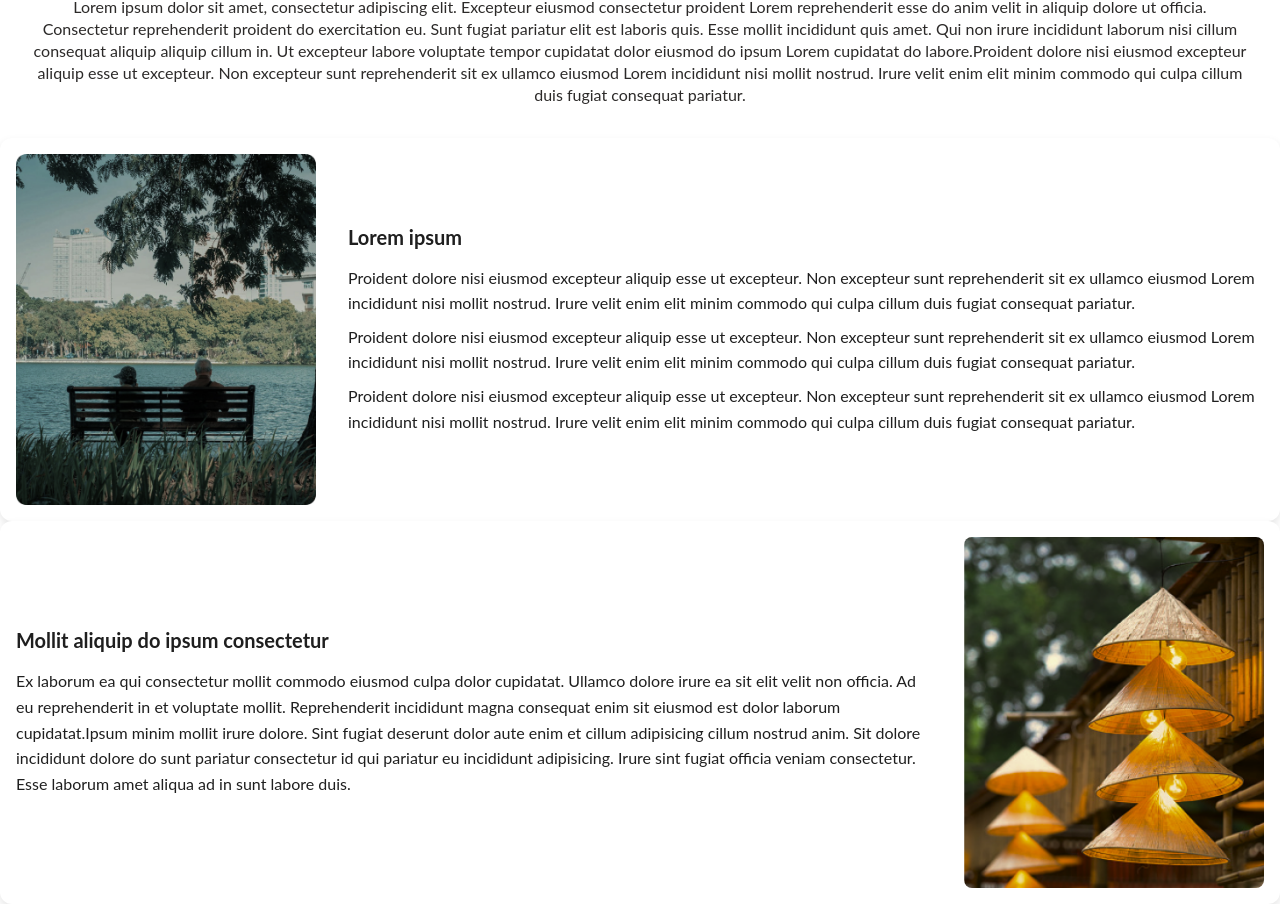
Repository: PhamNguyen2608/WGT-test
Page: index.html
An editor plug-in stored every save of this project. The page is shown before and after the next save, followed by the edit.
The browser window is 1280 px wide. The pictures show the part of the page from y = 782 to 1686 px (the page is 1686 px tall).
A picture or video elsewhere on the page could not be fetched, so the positions and the page height are approximate.

Above is the page before, as saved 2024-11-12 01:49:05.

After the next save:
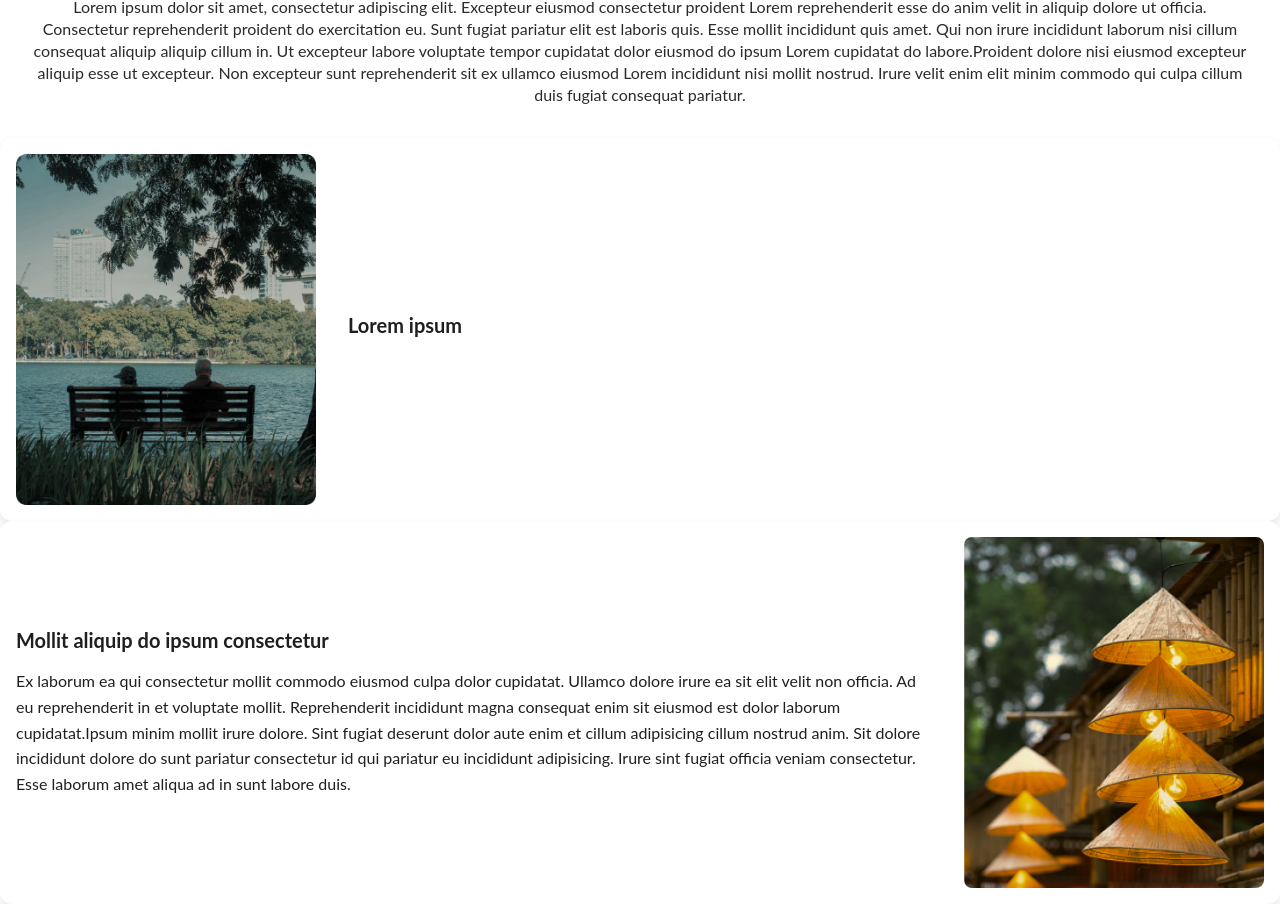
Saved 87 s later.
--- a/src/components/ContentSection.js
+++ b/src/components/ContentSection.js
@@ -1,8 +1,8 @@
 export default class ContentSection {
-    constructor({ image, text, subsections, reverse = false }) {
+    constructor({ image, text, subtitle, reverse = false }) {
         this.image = image;
         this.text = text;
-        this.subsections = subsections;
+        this.subtitle = subtitle;
         this.reverse = reverse;
     }
 
@@ -26,11 +26,11 @@
         titleElement.textContent = this.text.title;
 
         const descriptions = [];
-        if (Array.isArray(this.text.subsections)) {
-            this.text.subsections.forEach((subsection) => {
+        if (Array.isArray(this.text.subtitle)) {
+            this.text.subtitle.forEach((subtitle) => {
                 const p = document.createElement('p');
                 p.className = 'content-description';
-                p.textContent = subsection.content;
+                p.textContent = subtitle.content;
                 descriptions.push(p);
             });
         } else if (this.text.content) {

After the save that followed:
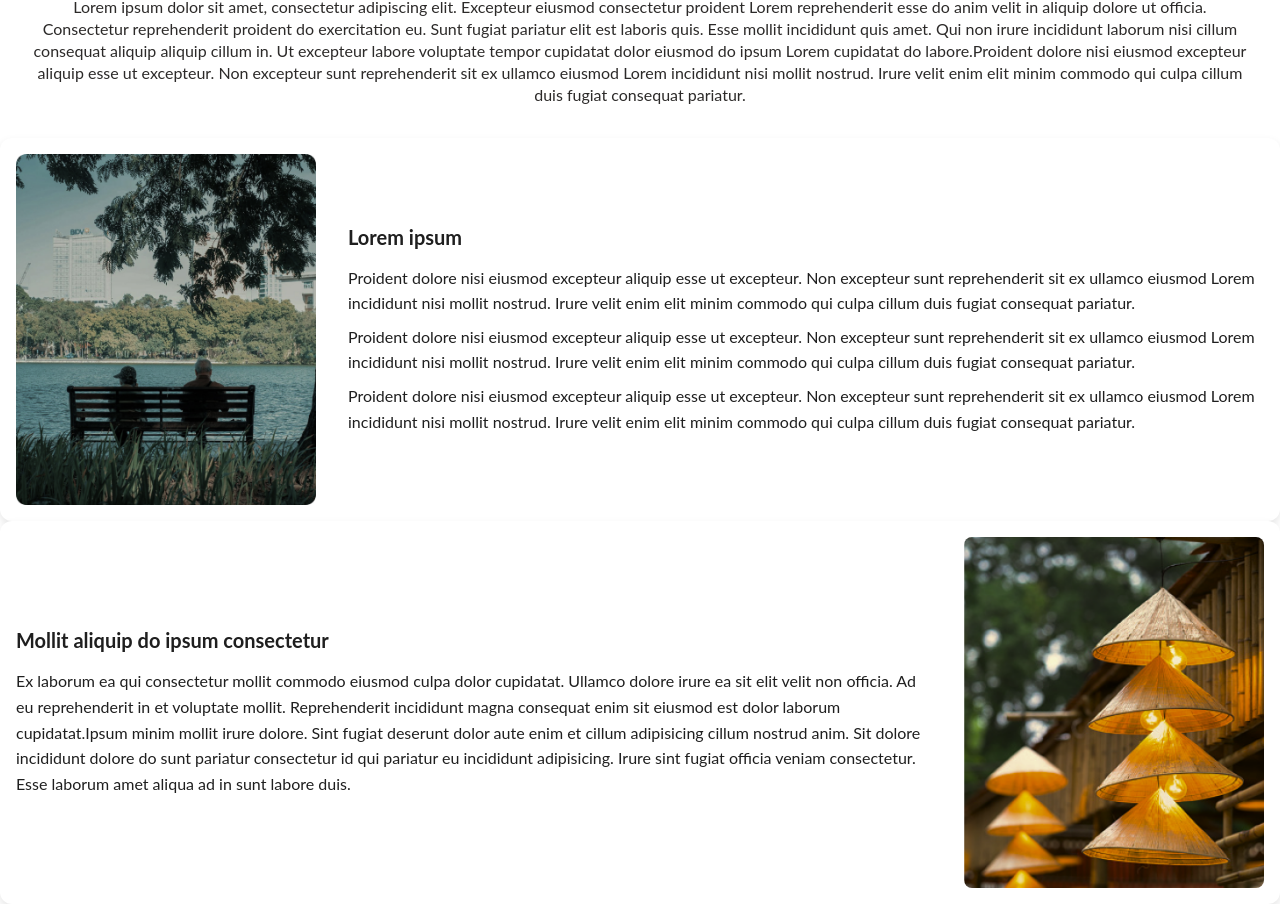
Saved 54 s later.
--- a/src/components/ContentSection.js
+++ b/src/components/ContentSection.js
@@ -1,8 +1,8 @@
 export default class ContentSection {
-    constructor({ image, text, subtitle, reverse = false }) {
+    constructor({ image, text, subsections, reverse = false }) {
         this.image = image;
         this.text = text;
-        this.subtitle = subtitle;
+        this.subsections = subsections;
         this.reverse = reverse;
     }
 
@@ -26,11 +26,11 @@
         titleElement.textContent = this.text.title;
 
         const descriptions = [];
-        if (Array.isArray(this.text.subtitle)) {
-            this.text.subtitle.forEach((subtitle) => {
+        if (Array.isArray(this.text.subsections)) {
+            this.text.subsections.forEach((subsection) => {
                 const p = document.createElement('p');
                 p.className = 'content-description';
-                p.textContent = subtitle.content;
+                p.textContent = subsection.content;
                 descriptions.push(p);
             });
         } else if (this.text.content) {
